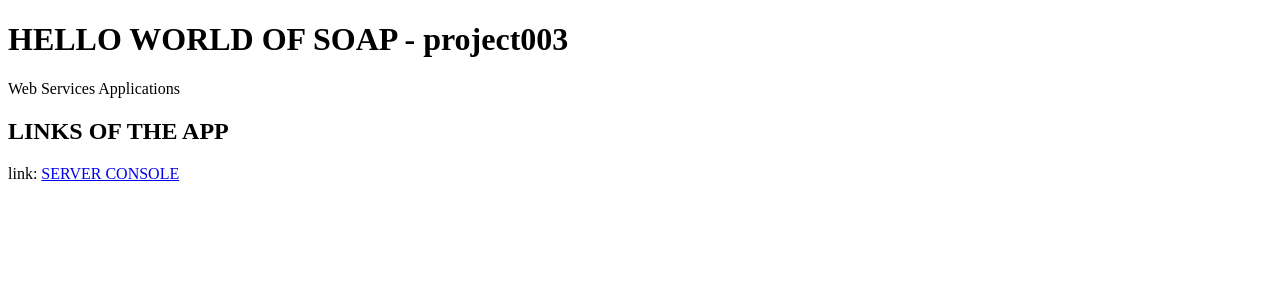
Repository: atafs/BackEnd_JAX-JAX-WS_SOAP
Page: http://localhost/Project_003_SOAP_server_ServiceAndContractFirst/
An editor plug-in stored every save of this project. The page is shown before and after the next save, followed by the edit.
The browser window is 1280 px wide. The pictures show the whole page.
The page is served by Tomcat 9. Other server files are loaded and not shown.

Above is the page before, as saved 2016-01-26 11:03:30.

### Project_003_SOAP_server_ServiceAndContractFirst/WebContent/index.jsp
<%@ page language="java" contentType="text/html; charset=ISO-8859-1"
    pageEncoding="ISO-8859-1"%>
<!DOCTYPE html PUBLIC "-//W3C//DTD HTML 4.01 Transitional//EN" "http://www.w3.org/TR/html4/loose.dtd">
<html>

<!-- HEADER -->
<head>
<meta http-equiv="Content-Type" content="text/html; charset=ISO-8859-1">
<title>TEST_MART SERVICE</title>
</head>

<!-- BODY -->
<body>
	<h1>HELLO WORLD OF SOAP - project003</h1>
	<p>Web Services Applications</p>

	<h2>LINKS OF THE APP</h2>
	<p>link: <a href="http://localhost:4848/common/index.jsf">SERVER CONSOLE</a></p>
</body>
</html>

After the next save:
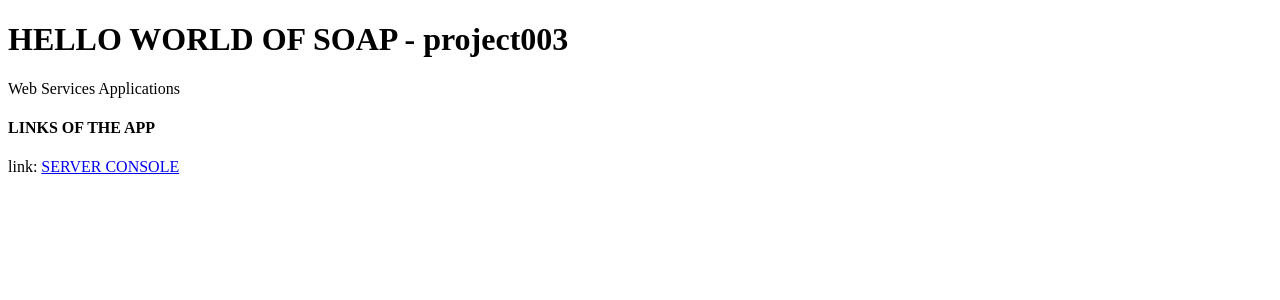
Saved 75 s later.
--- a/Project_003_SOAP_server_ServiceAndContractFirst/WebContent/index.jsp
+++ b/Project_003_SOAP_server_ServiceAndContractFirst/WebContent/index.jsp
@@ -14,7 +14,7 @@
 	<h1>HELLO WORLD OF SOAP - project003</h1>
 	<p>Web Services Applications</p>
 
-	<h2>LINKS OF THE APP</h2>
+	<h4>LINKS OF THE APP</h4>
 	<p>link: <a href="http://localhost:4848/common/index.jsf">SERVER CONSOLE</a></p>
 </body>
 </html>
